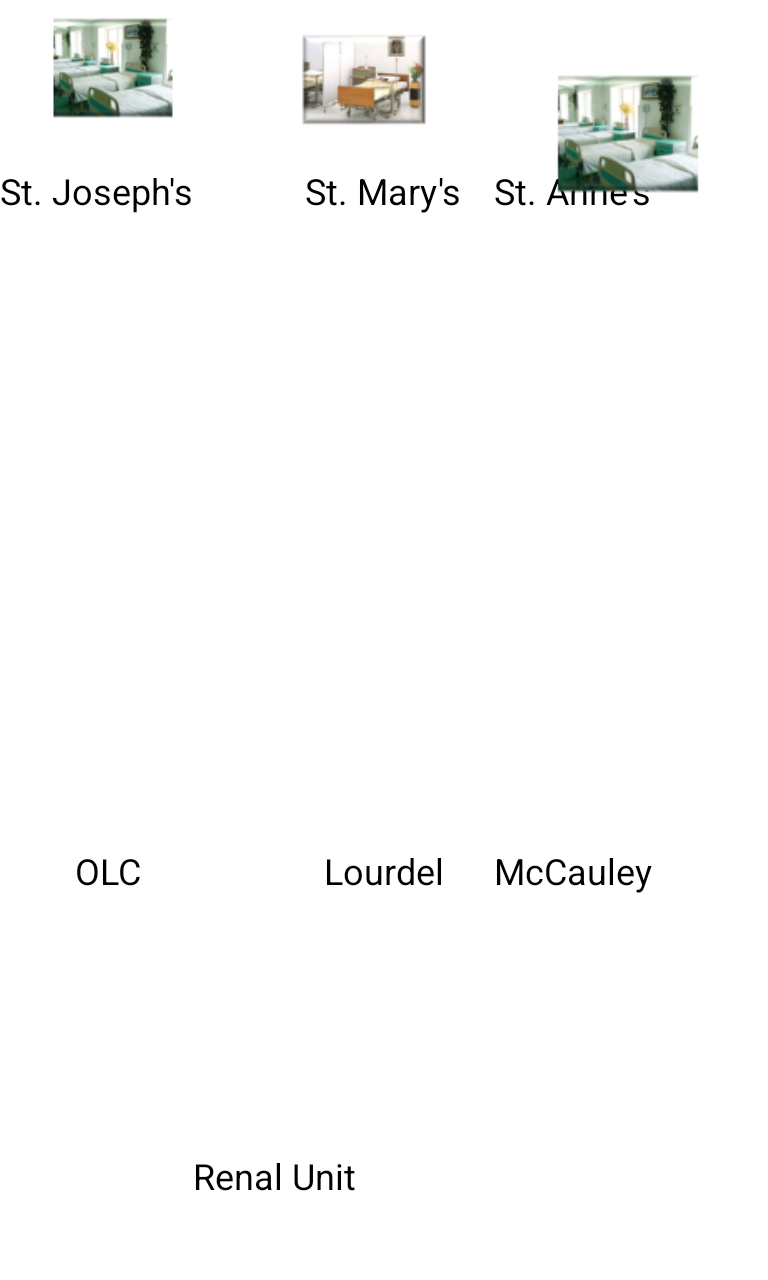
Repository: erwasambo/greendevelopment
Layout: GreenDevelopment/NASCuisine/res/layout/patientdash.xml
An editor plug-in stored every save of this project. The layout is shown before and after the next save, followed by the edit.
It is drawn on a 768 x 1280 px phone screen (xhdpi) without system bars, with theme AppTheme; the app's code is not run.

Above is the layout before, as saved 2013-12-03 04:33:36.

After the next save:
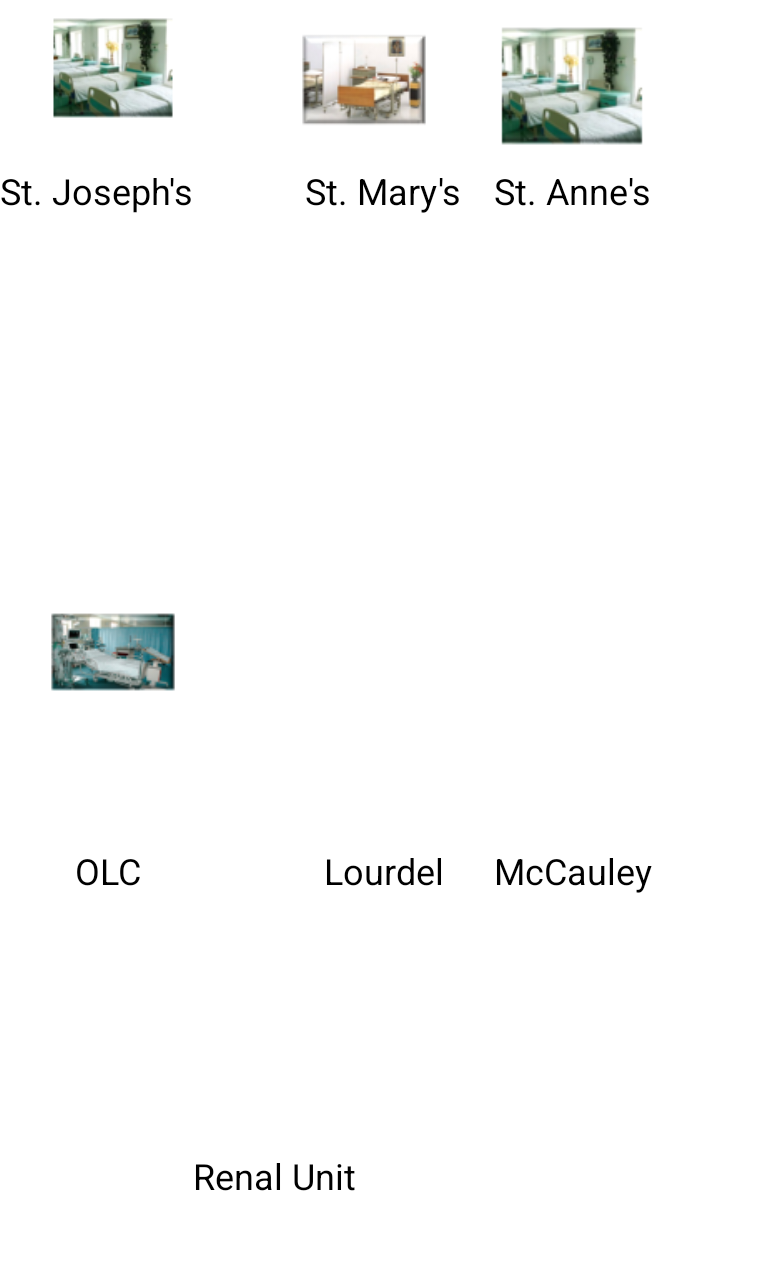
Saved 2 min 11 s later.
--- a/GreenDevelopment/NASCuisine/res/layout/patientdash.xml
+++ b/GreenDevelopment/NASCuisine/res/layout/patientdash.xml
@@ -96,10 +96,17 @@
         android:id="@+id/imageView3"
         android:layout_width="80dp"
         android:layout_height="80dp"
-        android:layout_alignLeft="@+id/textView6"
-        android:layout_alignParentTop="true"
-        android:layout_marginLeft="27dp"
-        android:layout_marginTop="27dp"
+        android:layout_above="@+id/textView3"
+        android:layout_alignRight="@+id/textView3"
         android:src="@drawable/joseph" />
 
+    <ImageView
+        android:id="@+id/imageView4"
+        android:layout_width="80dp"
+        android:layout_height="80dp"
+        android:layout_above="@+id/textView4"
+        android:layout_alignLeft="@+id/imageView1"
+        android:layout_marginBottom="57dp"
+        android:src="@drawable/olc" />
+
 </RelativeLayout>
